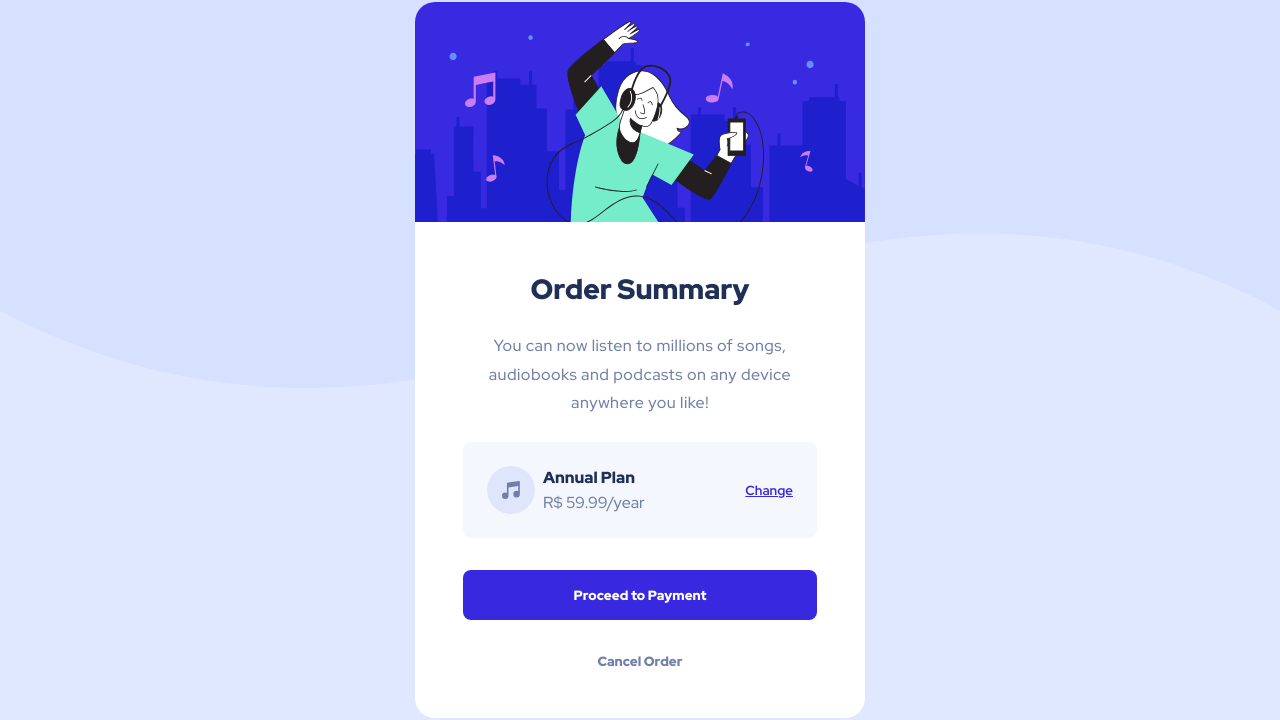
Repository: gccavalheiro/order-summary-card
Page: index.html
These files come from the project's save history. The page is drawn as it stood at one moment and after the next save; the edit follows.
The browser window is 1280 px wide. The pictures show the whole page.

Above is the page before, as saved 2021-12-17 02:31:49.

### index.html
<!DOCTYPE html>
<html lang="en">

<head>
  <meta charset="UTF-8" />
  <meta http-equiv="X-UA-Compatible" content="IE=edge" />
  <meta name="viewport" content="width=device-width, initial-scale=1.0" />
  <link rel="preconnect" href="https://fonts.googleapis.com">
  <link rel="preconnect" href="https://fonts.gstatic.com" crossorigin>
  <link href="https://fonts.googleapis.com/css2?family=Red+Hat+Display:wght@500;700;900&display=swap" rel="stylesheet">
  <link rel="icon" type="image/png" sizes="32x32" href="./images/favicon-32x32.png" />
  <title>Frontend Mentor | Order summary card</title>
  <link rel="stylesheet" href="./assets/css/main.css" />
</head>

<body>
  <main>
    <div class="card">
      <div class="card-header">
        <img src="./assets/images/illustration-hero.svg" alt="Illustration Woman">
      </div>
      <div class="card-body">
        <div class="card-info">
          <h1>Order Summary</h1>
          <p>You can now listen to millions of songs,
            audiobooks and podcasts on any device
            anywhere you like! </p>
        </div>
        <div class="card-plan">
          <div class="card-plan-detail">
            <div class="card-plan-icon-detail">
              <img src="./assets/images/icon-music.svg" alt="Icon Music" />
            </div>
            <div class="card-plan-info-detail">
              <h2>Annual Plan</h2>
              <p>R$ 59.99/year</p>
            </div>
          </div>
          <button class="card-plan-button">Change</button>
        </div>
        <button class="card-button-payment">Proceed to Payment</button>
        <button class="card-button-cancel">Cancel Order</button>
      </div>
    </div>
  </main>
</body>

</html>

### assets/css/main.css
:root {
  --primary-pale-blue: hsl(225, 100%, 94%);
  --secondary-bright-blue: hsl(245, 75%, 52%);
  --very-pale-blue:hsl(225, 100%, 98%);
  --desaturated-blue: hsl(224, 23%, 55%);
  --dark-blue: hsl(223, 47%, 23%);
  --variant-blue: hsl(245, 83%, 68%);
  --white: hsl(0, 0%, 100%);
}

* {
  margin: 0;
  padding: 0;
  outline: 0;
  box-sizing: border-box;
  text-rendering: optimizeLegibility;
  -webkit-font-smoothing: antialiased;
  -moz-osx-font-smoothing: grayscale;
}

body {
  font-family: 'Red Hat Display', sans-serif;
  font-size: 1rem;
  background-color: var(--primary-pale-blue);
  background-image: url('../images/pattern-background-desktop.svg');
  background-repeat: no-repeat;
  background-position: top center;
  background-size: contain;
}

img {
  width: 100%;
}

button {
  font-family: 'Red Hat Display', sans-serif;
  border: 0;
  cursor: pointer;
  background-color: transparent;
}

main {
  display: flex;
  align-items: center;
  justify-content: center;
  width: 100%;
  height: 100vh;
  padding: 0 20px;
}

.card {
  display: flex;
  flex-direction: column;
  width: 100%;
  max-width: 450px;
  border-radius: 20px;
  background-color: var(--white);
}

.card-header {
  width: 100%;
  border-top-left-radius: 20px;
  border-top-right-radius: 20px;
  overflow: hidden;
  line-height: 0;
}

.card-body {
  display: flex;
  flex-direction: column;
  align-items: center;
  padding: 48px;
}

.card-info {
  display: flex;
  flex-direction: column;
  align-items: center;
  text-align: center;
}

.card-info h1{
  font-size: 1.75rem;
  color: var(--dark-blue);
  font-weight: 900;
}

.card-info p{
  font-size: 1rem;
  color: var(--desaturated-blue);
  font-weight: 500;
  letter-spacing: 0.03em;
  line-height: 1.8;
  margin: 24px 0;
}

.card-plan {
  display: flex;
  align-items: center;
  justify-content: space-between;
  width: 100%;
  background-color: var(--very-pale-blue);
  padding: 24px;
  border-radius: 8px;
}

.card-plan-detail {
  display: flex;
  align-items: center;
}

.card-plan-icon-detail {
  width: 48px;
  height: 48px;
  min-width: 48px;
  min-height: 48px;
  border-radius: 50%;
  margin-right: 8px;
}

.card-plan-icon-detail img {
  object-fit: cover;
}

.card-plan-info-detail {
  display: flex;
  flex-direction: column;
}

.card-plan-info-detail h2, .card-plan-info-detail p {
  font-size: 1rem;
}
.card-plan-info-detail h2 {
  font-weight: 900;
  color: var(--dark-blue);
  margin-bottom: 4px;
}

.card-plan-info-detail p {
  color: var(--desaturated-blue);
  font-size: 700;
}

.card-plan-button {
  font-size: .825rem;
  color: var(--secondary-bright-blue);
  background-color: transparent;
  text-decoration: underline;
  font-weight: 700;
  border: 0;
  transition: .3s;
}

.card-plan-button:hover {
  color: var(--variant-blue);
}

.card-button-payment{
  font-weight: 900;
  padding: 16px 0;
  width: 100%;
  color: var(--white);
  background-color: var(--secondary-bright-blue);
  border-radius: 8px;
  margin: 32px 0;
}

.card-button-payment:hover {
  background-color: var(--variant-blue);
}

.card-button-cancel{
  font-weight: 900;
  color: var(--desaturated-blue);
}

.card-button-cancel:hover {
  color: var(--dark-blue);
}

@media screen and (min-width: 767.9px) {
  main {
    padding: 0;
  }
}

After the next save:
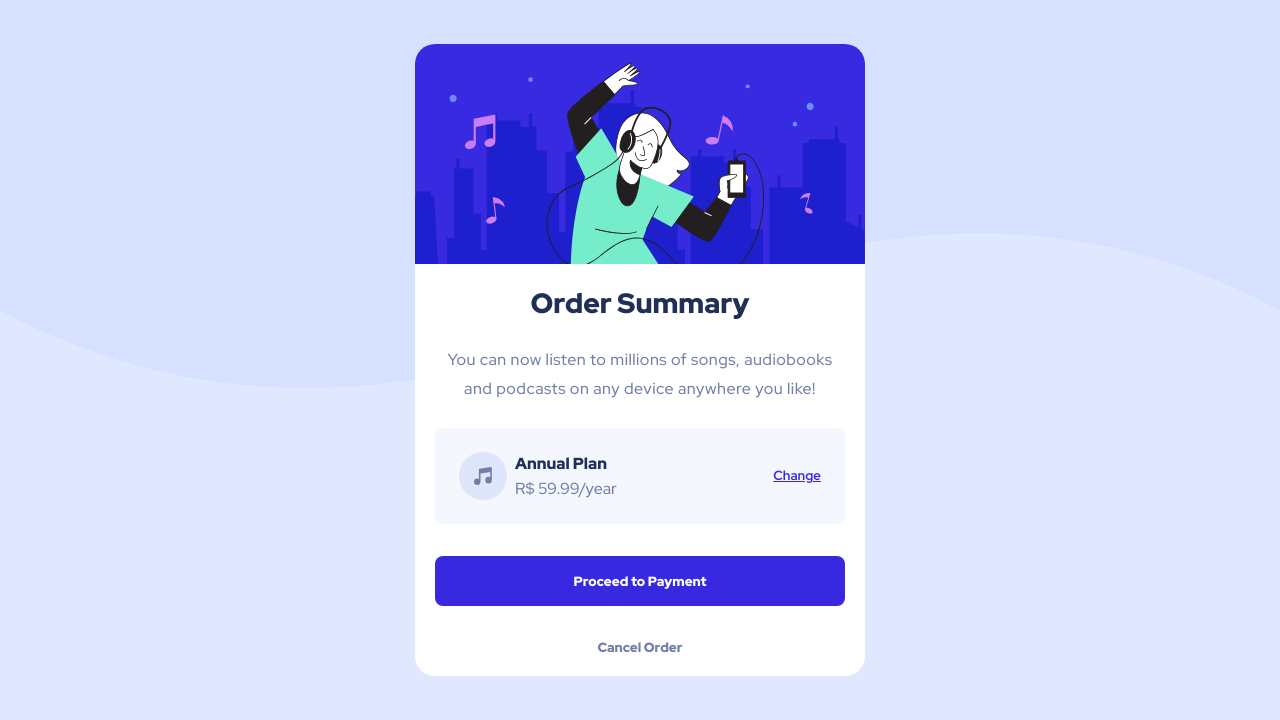
Saved 83 s later.
--- a/assets/css/main.css
+++ b/assets/css/main.css
@@ -69,7 +69,7 @@ main {
   display: flex;
   flex-direction: column;
   align-items: center;
-  padding: 48px;
+  padding: 20px;
 }
 
 .card-info {

After the save that followed:
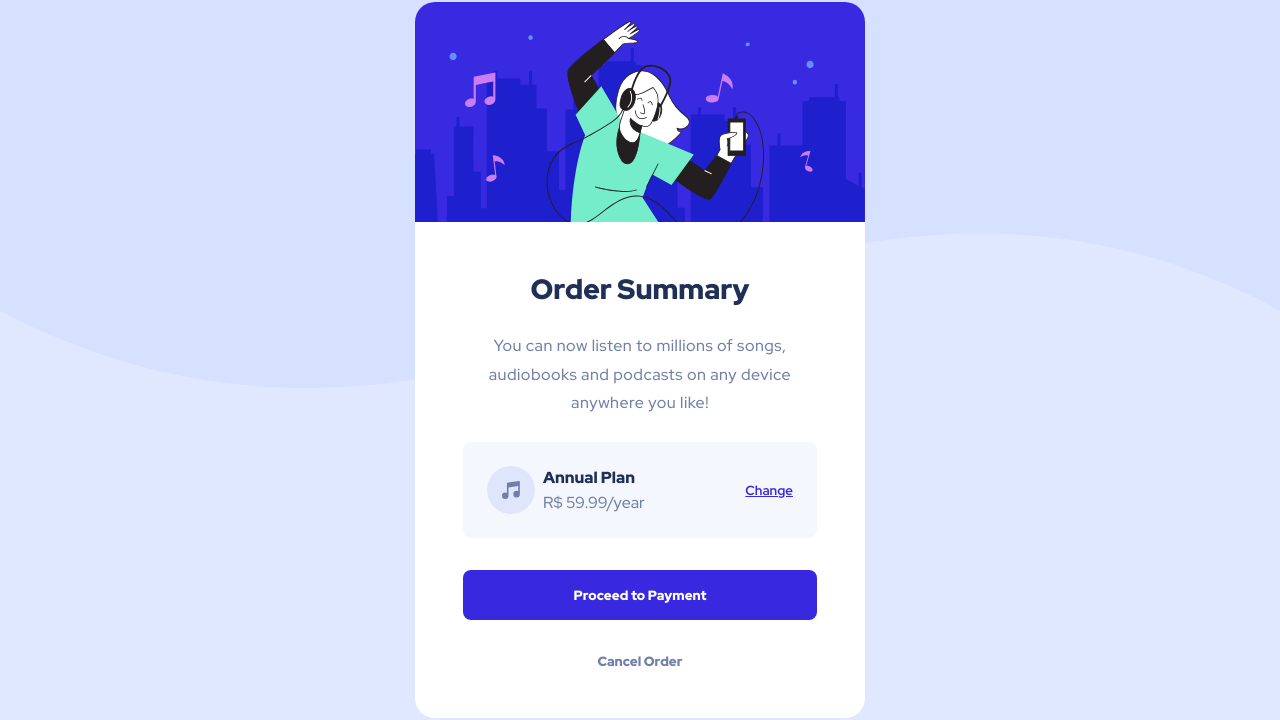
Saved 7 s later.
--- a/assets/css/main.css
+++ b/assets/css/main.css
@@ -182,4 +182,7 @@ main {
   main {
     padding: 0;
   }
+  .card-body {
+    padding: 48px;
+  }
 }
